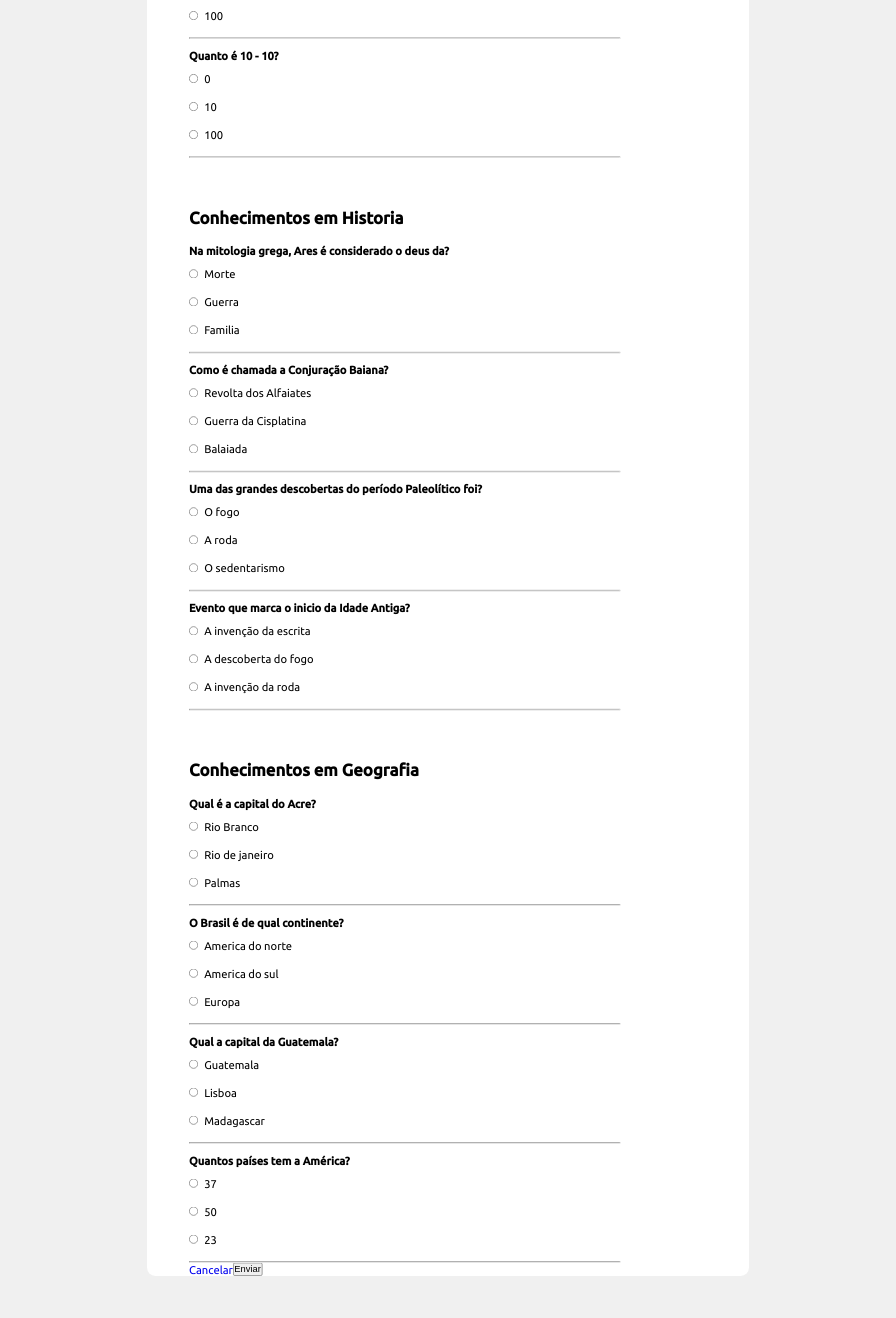
Repository: Delei09/desafioPerguntas
Page: / (app in frontend/)
An editor plug-in stored every save of this project. The page is shown before and after the next save, followed by the edit.
The browser window is 1280 px wide. The pictures show the part of the page from y = 714 to 2634 px (the page is 2597 px tall before and 2634 px after), at 70% of full size.
The project was rebuilt for these pictures with package versions that can differ from the ones it lists, and the page was loaded fresh each time.

Above is the page before, as saved 2021-08-18 15:00:28.

### frontend/public/index.html
<!DOCTYPE html>
<html lang="Pt-Br">
  <head>
    <meta charset="utf-8" />
    <meta name="viewport" content="width=device-width, initial-scale=1" />
    <meta name="theme-color" content="#000000" />
    <link rel="preconnect" href="https://fonts.googleapis.com">
    <link rel="preconnect" href="https://fonts.gstatic.com" crossorigin>
    <link href="https://fonts.googleapis.com/css2?family=Ubuntu:wght@400;500&display=swap" rel="stylesheet">

    <title>Desafio Inatel</title>
  </head>
  <body>
    <noscript>You need to enable JavaScript to run this app.</noscript>
    <div id="root"></div>
  </body>
</html>

### frontend/src/index.tsx
import React from 'react';
import ReactDOM from 'react-dom';
import App from './App';
import './styles/global.scss'

ReactDOM.render(
  <React.StrictMode>
    <App />
  </React.StrictMode>,
  document.getElementById('root')
);

### frontend/src/App.tsx
import React, { createContext} from 'react';
import Rotas from './Rotas';

const perguntasMatematica= [  {
  pergunta: 'Quanto é 2 + 2?',
  options: [
    "1",
    "2",
    "4",
  ],
  resposta: "4",
  id: 'p1',
},{
  pergunta: 'Quanto é 2 x 2?',
  options: [
    "0",
    "1",
    "4",
  ],
  resposta: "4",
  id: 'p2',
},{
  pergunta: 'Quanto é 10 x 10?',
  options: [
    "0",
    "10",
    "100",
  ],
  resposta: "100",
  id: 'p3',
},{
  pergunta: 'Quanto é 10 - 10?',
  options: [
    "0",
    "10",
    "100",
  ],
  resposta: "0",
  id: 'p4',
}]

const perguntasHistoria= [  {
  pergunta: 'Na mitologia grega, Ares é considerado o deus da?',
  options: [
    "Morte",
    "Guerra",
    "Familia",
  ],
  resposta: "Guerra",
  id: 'p1',
},{
  pergunta: 'Como é chamada a Conjuração Baiana?',
  options: [
    "Revolta dos Alfaiates",
    "Guerra da Cisplatina",
    "Balaiada",
  ],
  resposta: "Revolta dos Alfaiates",
  id: 'p2',
},{
  pergunta: 'Uma das grandes descobertas do período Paleolítico foi?',
  options: [
    "O fogo",
    "A roda",
    "O sedentarismo",
  ],
  resposta: "O fogo",
  id: 'p3',
},{
  pergunta: 'Evento que marca o inicio da Idade Antiga?',
  options: [
    "A invenção da escrita",
    "A descoberta do fogo",
    "A invenção da roda",
  ],
  resposta: "A invenção da escrita",
  id: 'p4',
}]


const perguntasGeografia= [  {
  pergunta: 'Qual é a capital do Acre?',
  options: [
    "Rio Branco",
    "Rio de janeiro",
    "Palmas",
  ],
  resposta: "Rio Branco",
  id: 'p1',
},{
  pergunta: 'O Brasil é de qual continente?',
  options: [
    "America do norte",
    "America do sul",
    "Europa",
  ],
  resposta: "America do sul",
  id: 'p2',
},{
  pergunta: 'Qual a capital da Guatemala?',
  options: [
    "Guatemala",
    "Lisboa",
    "Madagascar",
  ],
  resposta: "Guatemala",
  id: 'p3',
},{
  pergunta: 'Quantos países tem a América?',
  options: [
    "37",
    "50",
    "23",
  ],
  resposta: "37",
  id: 'p4',
}]
type perguntaType =  {
  pergunta: string;
  options: string[];
  resposta: string;
  id: string;
}[]

type contextType = {
  perguntasHistoria : perguntaType,
  perguntasMatematica : perguntaType,
  perguntasGeografia : perguntaType,
}

export const ContextPerguntas   = createContext<contextType>( {} as contextType)

function App() {

  return (
    <div className="App">
      <ContextPerguntas.Provider  value = { {perguntasMatematica, perguntasHistoria, perguntasGeografia} }  >
        <Rotas />
      </ContextPerguntas.Provider>
    </div>
  );
}

export default App;

### frontend/src/styles/global.scss
*{
 margin:0;
 padding:0;
 box-sizing: border-box;
 text-decoration: none;
}
body{
 font-family: 'Ubuntu', sans-serif;
 background: #F0F0F0;

}
.App{
 padding-left: 60px ;
 padding-top: 40px;
 background: #FFFFFF;
 max-width: 860px;
 height: 100%;
 min-height: 500px;
 border-radius: 12px;
 margin:60px auto;
}

### frontend/src/Rotas.tsx
import React from 'react';
import Home from './page/Home';


const Rotas = () => {

 return(
  <Home />
 )
} ;

export default Rotas;

### frontend/src/page/Home.tsx
import React , {useContext}from 'react';
import Header from '../components/Header'
import ContainerMain  from '../components/ContainerMain';
import {ContextPerguntas} from '../App'
import '../styles/home.scss'

const Home : React.FC= () => {

const {perguntasMatematica, perguntasHistoria, perguntasGeografia} = useContext(ContextPerguntas)

 return(
<>
   <Header titulo = 'Gabarito: Teste de Conhecimentos' />
   <ContainerMain titulo = 'Conhecimentos em Matemática'>

      {perguntasMatematica.map(questao => {
      return(
         <div key={questao.id}>
         <h4>{questao.pergunta}</h4>
         <div className = 'mainOpcao'>
         {questao.options.map( (option, i) => {
            return(
               <label key = {i}>  <input type="radio" name={questao.id} value= {option} /> {option}  </label>
            )
         })}
         </div>
         <hr/>
         </div>
      )
      })}
   </ContainerMain>
   <ContainerMain titulo = 'Conhecimentos em Historia'>

{perguntasHistoria.map(questao => {
      return(
         <div key={questao.id}>
         <h4>{questao.pergunta}</h4>
         <div className = 'mainOpcao'>
         {questao.options.map( (option, i) => {
            return(
               <label key = {i}>  <input type="radio" name={questao.id} value= {option} /> {option}  </label>
            )
         })}
         </div>
         <hr/>
         </div>
      )
      })}
   </ContainerMain>
   <ContainerMain titulo = 'Conhecimentos em Geografia'>

{perguntasGeografia.map(questao => {
      return(
         <div key={questao.id}>
         <h4>{questao.pergunta}</h4>
         <div className = 'mainOpcao'>
         {questao.options.map( (option, i) => {
            return(
               <label key = {i}>  <input type="radio" name={questao.id} value= {option} /> {option}  </label>
            )
         })}
         </div>
         <hr/>
         </div>
      )
      })}
   </ContainerMain>
   <div className = 'divButton'>
      <a href = '#' >Cancelar</a>
      <button>Enviar</button>
   </div>
   </>
 )
}

export default Home

### frontend/src/components/Header.tsx
import React from 'react';
import '../styles/header.scss'


type headerType = {
 titulo: string;
}


const Header = (props : headerType) => {

 return(
  <header className="headerApp">
   {props.titulo}
   <hr className="headerLinha"/>
  </header>
 )
} ;

export default Header

### frontend/src/components/ContainerMain.tsx
import React from 'react';
import '../styles/containerMain.scss'

type mainType = {
 titulo : string
}


const Main: React.FC<mainType> = ({...props}) => {

 return(
  <section>
       <h2>{props.titulo}</h2>
       <div>
          {props.children}
       </div>

  </section>
 )
} ;

export  default Main;

### frontend/src/styles/home.scss
.divButton{
 display : flex;
 align-items: center;
 justify-content: flex-end
 button{
  height: 56px;
  width: 235px;
  border-radius: 8px;
  background: #1B50B6;
  color : white;
  font-size: 16px;
  font-style: normal;
  font-weight: 500;
  line-height: 18px;
 }
}

### frontend/src/styles/header.scss
.headerApp{
 color: #1B50B6;
 font-size: 32px;
 font-style: normal;
 font-weight: 500;
 line-height: 37px;
 letter-spacing: 0em;
 text-align: left;
 width:100%;
 max-width: 618px;

 hr{
  margin-top:10px ;
  background: #1B50B6;
  height: 4px;
  width: 618px;
 }
}

### frontend/src/styles/containerMain.scss
section{
 display : flex;
 flex-direction: column;
 gap : 24px;

  >div{
   display : flex;
   flex-direction: column;
   gap : 15px;
   h4{
    margin-bottom: 15px;
   }
  }

 hr{
  background: #C4C4C4;
  height: 1px;
  max-width: 616px;
  margin-top: 22px;
 }
 h2{
  margin-top:72px
 }

}

.mainOpcao{
 display : flex;
 flex-direction: column;
 gap : 22px;
 input{
  margin-right: 5px;
 }
}

After the next save:
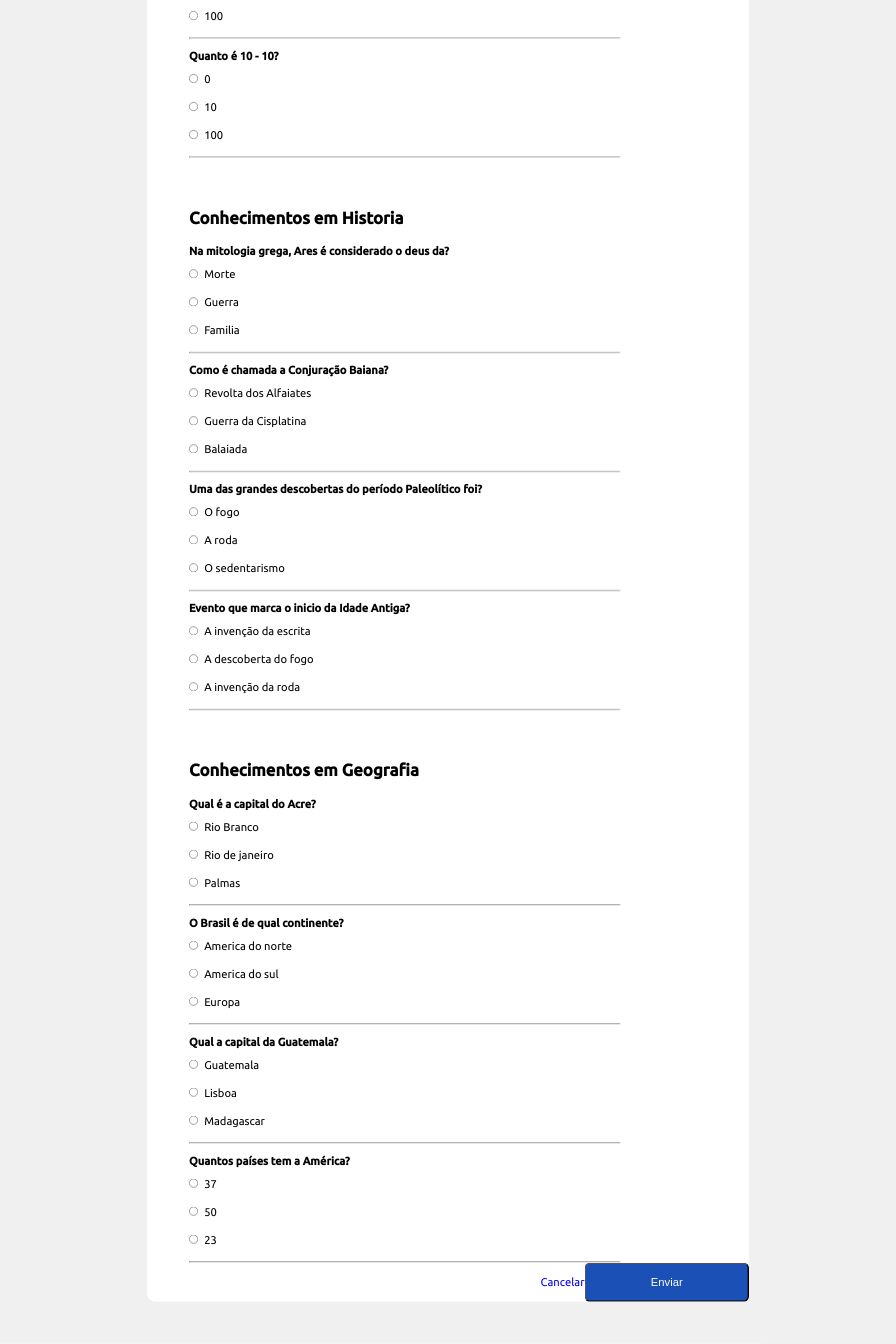
Saved 5 s later.
--- a/frontend/src/styles/home.scss
+++ b/frontend/src/styles/home.scss
@@ -1,7 +1,8 @@
 .divButton{
  display : flex;
  align-items: center;
- justify-content: flex-end
+ justify-content: flex-end;
+
  button{
   height: 56px;
   width: 235px;
